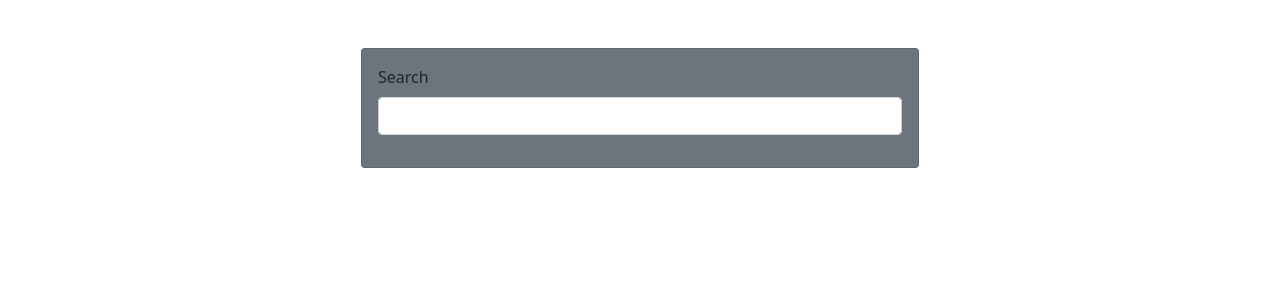
Repository: Hits-95/Spring
Page: http://localhost/SpringMVC_Search/home
These files come from the project's save history. The page is drawn as it stood at one moment and after the next save; the edit follows.
The browser window is 1280 px wide. The pictures show the whole page.
The page is served by Tomcat 9. Other server files are loaded and not shown.

Above is the page before, as saved 2021-04-10 06:59:11.

### SpringMVC_Search/src/main/webapp/WEB-INF/spring-servlet.xml
<?xml version="1.0" encoding="UTF-8"?>
<beans xmlns="http://www.springframework.org/schema/beans"
	xmlns:xsi="http://www.w3.org/2001/XMLSchema-instance" xmlns:context="http://www.springframework.org/schema/context"
	xmlns:p="http://www.springframework.org/schema/p" xmlns:tx="http://www.springframework.org/schema/tx"
	xsi:schemaLocation="http://www.springframework.org/schema/beans
 	http://www.springframework.org/schema/beans/spring-beans.xsd
 	http://www.springframework.org/schema/context
 	http://www.springframework.org/schema/context/spring-context.xsd
 	http://www.springframework.org/schema/tx
 	http://www.springframework.org/schema/tx/spring-tx.xsd
 	">


	<!-- enable annotation -->
	<context:component-scan base-package="SpringMVC_Search"></context:component-scan>
	<!-- this is our bean -->

	<bean
		class="org.springframework.web.servlet.view.InternalResourceViewResolver"
		name="viewResolver">

		<property name="prefix" value="/WEB-INF/views/" />
		<property name="suffix" value=".jsp" />
	</bean>



</beans>

### SpringMVC_Search/src/main/webapp/WEB-INF/views/home.jsp
<%@ page language="java" contentType="text/html; charset=ISO-8859-1"
	pageEncoding="ISO-8859-1"%>
<%@include file="link.jsp"%>
<!DOCTYPE html PUBLIC "-//W3C//DTD HTML 4.01 Transitional//EN" "http://www.w3.org/TR/html4/loose.dtd">
<html>
<head>
<meta http-equiv="Content-Type" content="text/html; charset=ISO-8859-1">
<title>Home</title>
</head>
<body>
	<div class="container">
		<div class="card mx-auto mt-5 bg-secondary" style="width: 50%;">
			<!-- <img src="..." class="card-img-top" alt="..."> -->
			<div class="card-body">
				<form action="">
					<div class="mb-3">
						<label for="search" class="form-label">Search</label> <input
							type="text" class="form-control" id="querybox" name="querybox"
							aria-describedby="emailHelp">

					</div>
				</form>
			</div>
		</div>
	</div>

</body>
</html>

### SpringMVC_Search/src/main/webapp/WEB-INF/views/link.jsp
<!doctype html>
<html lang="en">
  <head>
    <!-- Required meta tags -->
    <meta charset="utf-8">
    <meta name="viewport" content="width=device-width, initial-scale=1">

    <!-- Bootstrap CSS -->
    <link href="https://cdn.jsdelivr.net/npm/bootstrap@5.0.0-beta3/dist/css/bootstrap.min.css" rel="stylesheet" integrity="sha384-eOJMYsd53ii+scO/bJGFsiCZc+5NDVN2yr8+0RDqr0Ql0h+rP48ckxlpbzKgwra6" crossorigin="anonymous">


  </head>
  <body>


    <!-- Optional JavaScript; choose one of the two! -->

    <!-- Option 1: Bootstrap Bundle with Popper -->
    <script src="https://cdn.jsdelivr.net/npm/bootstrap@5.0.0-beta3/dist/js/bootstrap.bundle.min.js" integrity="sha384-JEW9xMcG8R+pH31jmWH6WWP0WintQrMb4s7ZOdauHnUtxwoG2vI5DkLtS3qm9Ekf" crossorigin="anonymous"></script>

    <!-- Option 2: Separate Popper and Bootstrap JS -->
    <!--
    <script src="https://cdn.jsdelivr.net/npm/@popperjs/core@2.9.1/dist/umd/popper.min.js" integrity="sha384-SR1sx49pcuLnqZUnnPwx6FCym0wLsk5JZuNx2bPPENzswTNFaQU1RDvt3wT4gWFG" crossorigin="anonymous"></script>
    <script src="https://cdn.jsdelivr.net/npm/bootstrap@5.0.0-beta3/dist/js/bootstrap.min.js" integrity="sha384-j0CNLUeiqtyaRmlzUHCPZ+Gy5fQu0dQ6eZ/xAww941Ai1SxSY+0EQqNXNE6DZiVc" crossorigin="anonymous"></script>
    -->
  </body>
</html>

### SpringMVC_Search/src/main/java/SpringMVC_Search/SearchController.java
package SpringMVC_Search;

import org.springframework.stereotype.Controller;
import org.springframework.web.bind.annotation.RequestMapping;

@Controller
public class SearchController {

	@RequestMapping("/home")
	public String home(){

		System.out.println("home was called...");
		return"home";
	}
}

After the next save:
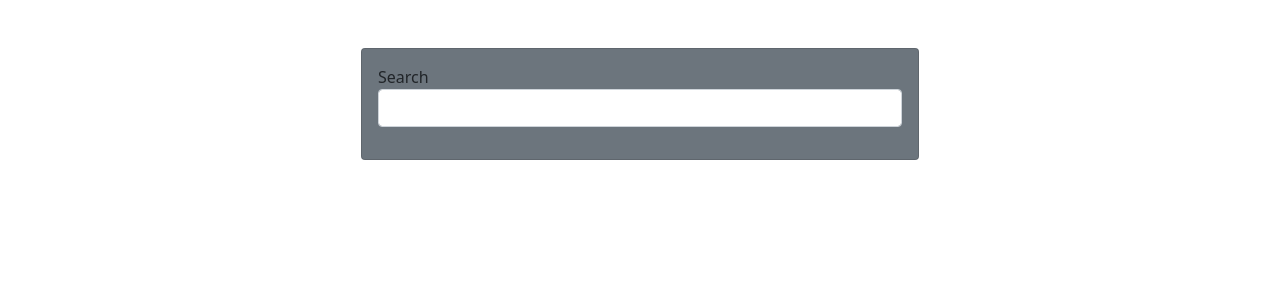
Saved 26 s later.
--- a/SpringMVC_Search/src/main/webapp/WEB-INF/views/home.jsp
+++ b/SpringMVC_Search/src/main/webapp/WEB-INF/views/home.jsp
@@ -14,7 +14,7 @@
 			<div class="card-body">
 				<form action="">
 					<div class="mb-3">
-						<label for="search" class="form-label">Search</label> <input
+						<label for="search" class="form-primary">Search</label> <input
 							type="text" class="form-control" id="querybox" name="querybox"
 							aria-describedby="emailHelp">
 
